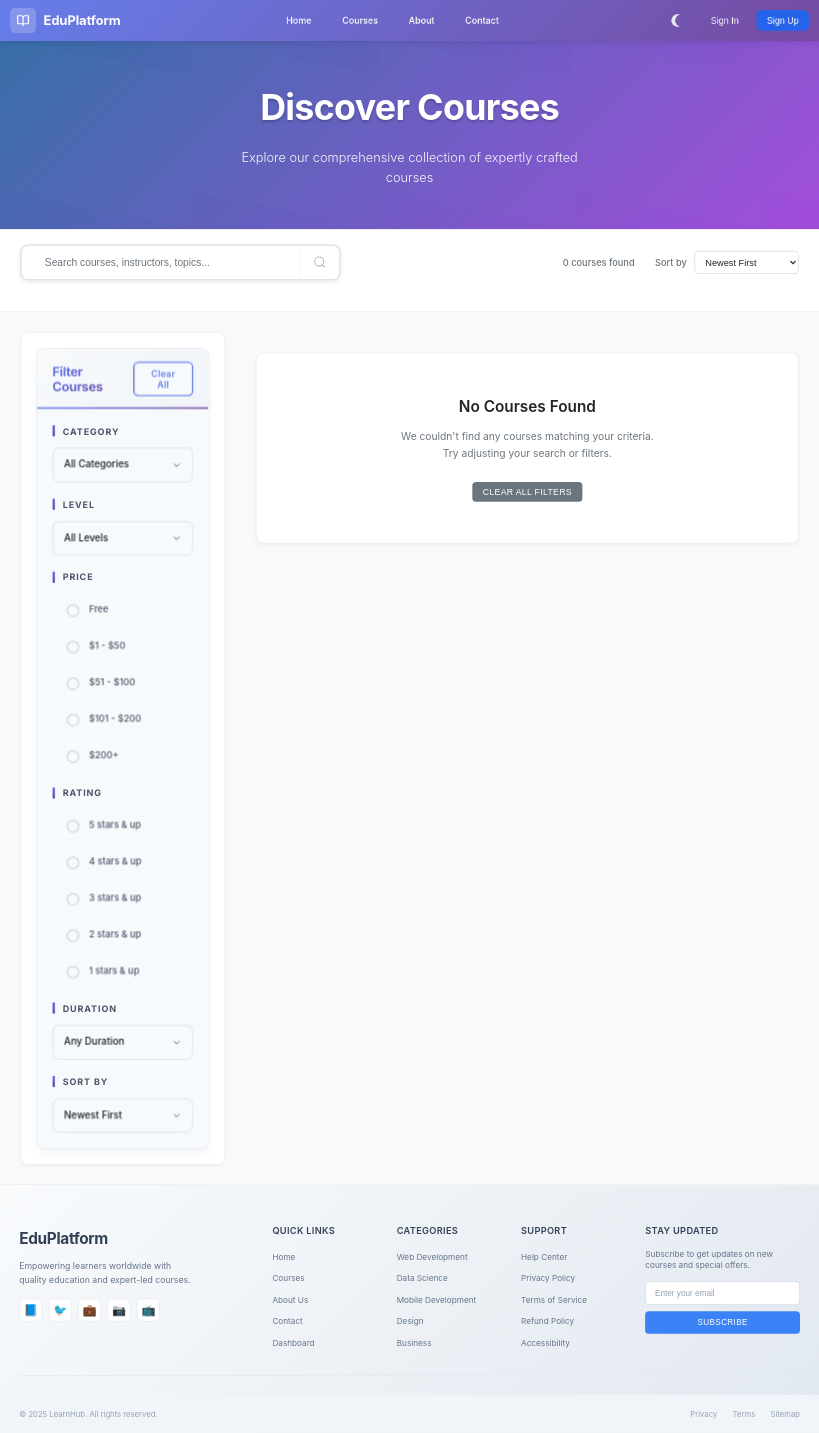
Repository: usama2132/E-Learning
Page: /#/courses (app in client/)
These files come from the project's save history. The page is drawn as it stood at one moment and after the next save; the edit follows.
The browser window is 1280 px wide. The pictures show the whole page, at 64% of full size.
The page's requests for data from a server got no answer. The project was rebuilt for these pictures with package versions that can differ from the ones it lists, and the page was loaded fresh each time. No one was signed in, and anything a server would have sent is missing. Also part of the build but not shown: client/craco.config.js, client/src/components/common/Sidebar.js, client/src/layouts/DashboardLayout.js, client/src/styles/components/Loading.css, client/src/components/common/Loading.js, client/src/components/common/ProtectedRoute.js, client/src/styles/components/ErrorBoundary.css, client/src/components/common/ErrorBoundary.js and 94 more.

Above is the page before, as saved 2025-09-01 09:22:26.

After the next save:
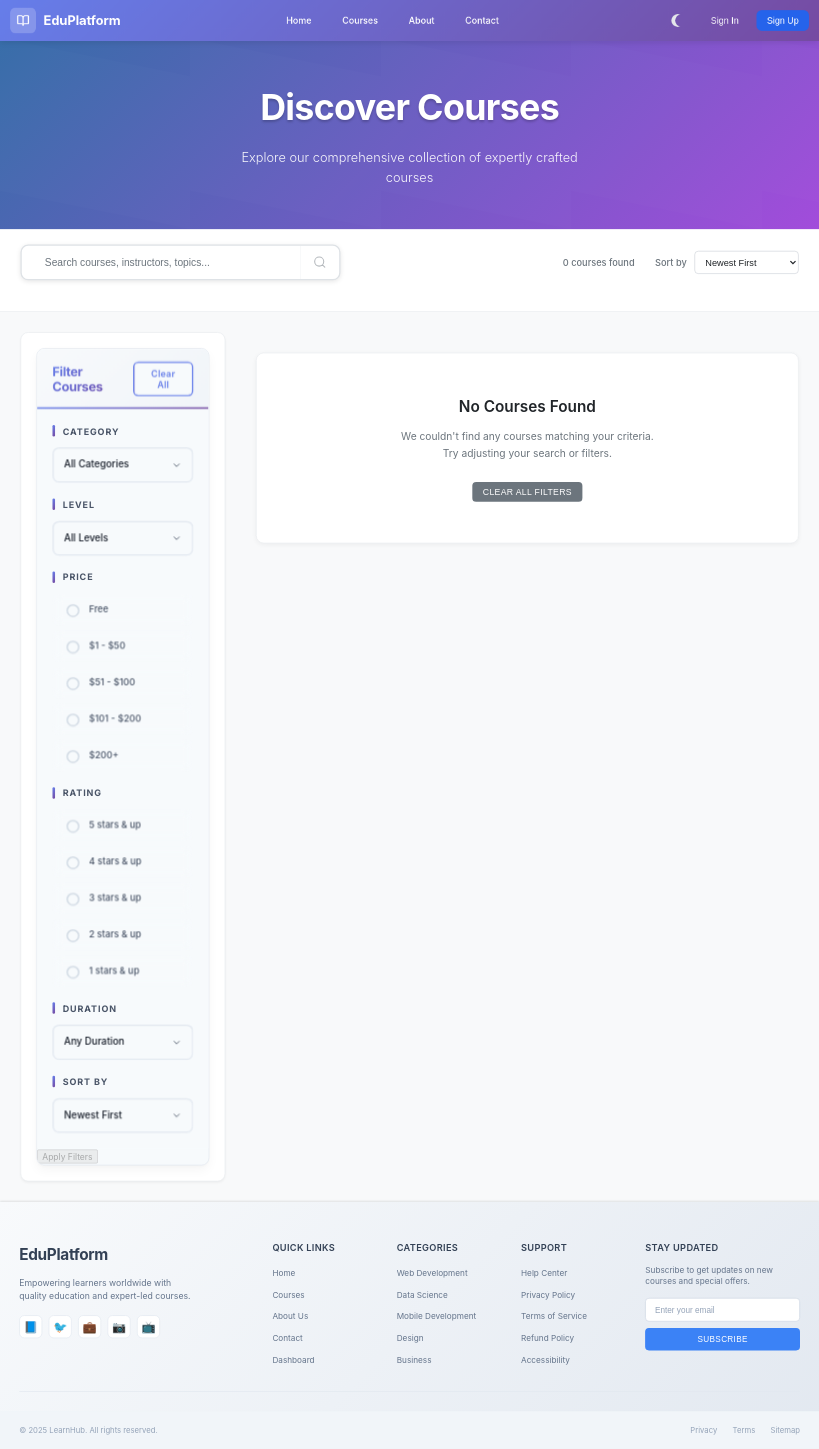
Saved 3 min 16 s later.
--- a/client/src/components/common/CourseFilters.js
+++ b/client/src/components/common/CourseFilters.js
@@ -18,7 +18,7 @@ const CourseFilters = ({
 }) => {
   const { theme, toggleTheme } = useTheme();
 
-  const [filters, setFilters] = useState({
+  const [tempFilters, setTempFilters] = useState({
     category: '',
     level: '',
     priceRange: '',
@@ -28,15 +28,26 @@ const CourseFilters = ({
     ...initialFilters
   });
 
-  useEffect(() => {
-    onFilterChange(filters);
-  }, [filters, onFilterChange]);
-
-  const handleFilterChange = (filterType, value) => {
-    setFilters(prev => ({
+  const [appliedFilters, setAppliedFilters] = useState({
+    category: '',
+    level: '',
+    priceRange: '',
+    rating: '',
+    duration: '',
+    sortBy: 'newest',
+    ...initialFilters
+  });
+
+  const handleTempFilterChange = (filterType, value) => {
+    setTempFilters(prev => ({
       ...prev,
       [filterType]: value
     }));
+  };
+
+  const applyFilters = () => {
+    setAppliedFilters(tempFilters);
+    onFilterChange(tempFilters);
   };
 
   const clearFilters = () => {
@@ -48,17 +59,19 @@ const CourseFilters = ({
       duration: '',
       sortBy: 'newest'
     };
-    setFilters(clearedFilters);
+    setTempFilters(clearedFilters);
+    setAppliedFilters(clearedFilters);
+    onFilterChange(clearedFilters);
   };
+
+  // Check if there are any pending changes
+  const hasChanges = JSON.stringify(tempFilters) !== JSON.stringify(appliedFilters);
 
   return (
     <div className="course-filters">
       <div className="course-filters__header">
         <h3>Filter Courses</h3>
         <div className="course-filters__header-actions">
-          {/* Theme Toggle Button */}
-
-
           <button
             onClick={clearFilters}
             className="course-filters__clear"
@@ -73,8 +86,8 @@ const CourseFilters = ({
         <div className="filter-group">
           <label className="filter-group__label">Category</label>
           <select
-            value={filters.category}
-            onChange={(e) => handleFilterChange('category', e.target.value)}
+            value={tempFilters.category}
+            onChange={(e) => handleTempFilterChange('category', e.target.value)}
             className="filter-group__select"
           >
             <option value="">All Categories</option>
@@ -90,8 +103,8 @@ const CourseFilters = ({
         <div className="filter-group">
           <label className="filter-group__label">Level</label>
           <select
-            value={filters.level}
-            onChange={(e) => handleFilterChange('level', e.target.value)}
+            value={tempFilters.level}
+            onChange={(e) => handleTempFilterChange('level', e.target.value)}
             className="filter-group__select"
           >
             <option value="">All Levels</option>
@@ -113,8 +126,8 @@ const CourseFilters = ({
                   type="radio"
                   name="priceRange"
                   value={`${range.min}-${range.max}`}
-                  checked={filters.priceRange === `${range.min}-${range.max}`}
-                  onChange={(e) => handleFilterChange('priceRange', e.target.value)}
+                  checked={tempFilters.priceRange === `${range.min}-${range.max}`}
+                  onChange={(e) => handleTempFilterChange('priceRange', e.target.value)}
                 />
                 {range.label}
               </label>
@@ -132,8 +145,8 @@ const CourseFilters = ({
                   type="radio"
                   name="rating"
                   value={rating}
-                  checked={filters.rating === rating.toString()}
-                  onChange={(e) => handleFilterChange('rating', e.target.value)}
+                  checked={tempFilters.rating === rating.toString()}
+                  onChange={(e) => handleTempFilterChange('rating', e.target.value)}
                 />
                 {rating} stars & up
               </label>
@@ -145,8 +158,8 @@ const CourseFilters = ({
         <div className="filter-group">
           <label className="filter-group__label">Duration</label>
           <select
-            value={filters.duration}
-            onChange={(e) => handleFilterChange('duration', e.target.value)}
+            value={tempFilters.duration}
+            onChange={(e) => handleTempFilterChange('duration', e.target.value)}
             className="filter-group__select"
           >
             <option value="">Any Duration</option>
@@ -161,8 +174,8 @@ const CourseFilters = ({
         <div className="filter-group">
           <label className="filter-group__label">Sort By</label>
           <select
-            value={filters.sortBy}
-            onChange={(e) => handleFilterChange('sortBy', e.target.value)}
+            value={tempFilters.sortBy}
+            onChange={(e) => handleTempFilterChange('sortBy', e.target.value)}
             className="filter-group__select"
           >
             <option value="newest">Newest First</option>
@@ -174,6 +187,18 @@ const CourseFilters = ({
           </select>
         </div>
       </div>
+
+      {/* Apply Button Section */}
+      <div className="course-filters__actions">
+        <button
+          onClick={applyFilters}
+          className={`course-filters__apply ${hasChanges ? 'has-changes' : ''}`}
+          disabled={!hasChanges}
+        >
+          Apply Filters
+          {hasChanges && <span className="changes-indicator">•</span>}
+        </button>
+      </div>
     </div>
   );
 };
